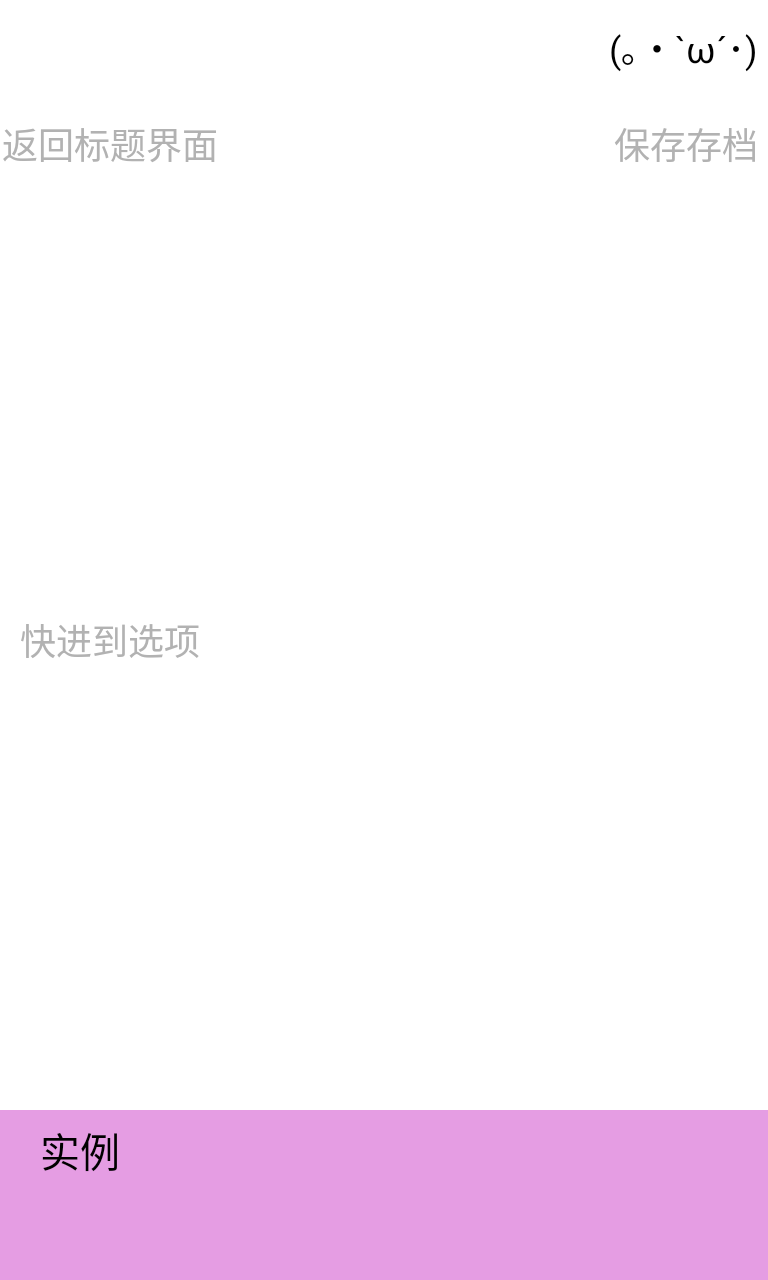
Repository: GuardLDW/HERO
Layout: GuardLDW/res/layout/game.xml
These files come from the project's save history. The layout is drawn as it stood at one moment and after the next save; the edit follows.
It is drawn on a 768 x 1280 px phone screen (xhdpi) without system bars, with theme AppTheme; the app's code is not run.

Above is the layout before, as saved 2016-10-04 03:00:45.

After the next save:
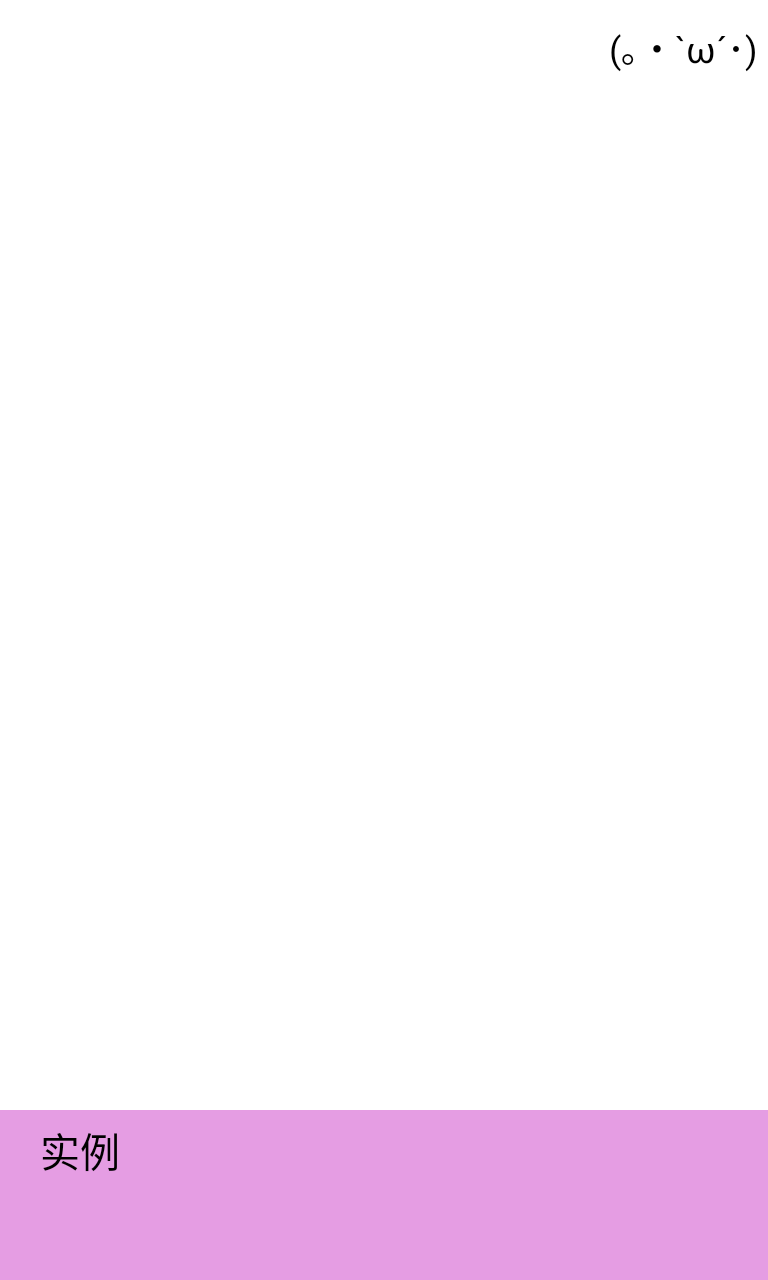
Saved 51 s later.
--- a/GuardLDW/res/layout/game.xml
+++ b/GuardLDW/res/layout/game.xml
@@ -51,8 +51,7 @@
         android:layout_alignLeft="@+id/button_remove"
         android:layout_alignRight="@+id/button_startgameset"
         android:layout_below="@+id/button_startgameset"
-        android:background="#00FFFFFF"
-        android:enabled="false"
+        android:visibility="gone"
         android:text="保存存档" />
 
     <Button
@@ -62,8 +61,7 @@
         android:layout_alignBaseline="@+id/button_save"
         android:layout_alignBottom="@+id/button_save"
         android:layout_alignRight="@+id/button_fast"
-        android:background="#00FFFFFF"
-        android:enabled="false"
+        android:visibility="gone"
         android:minWidth="110dp"
         android:text="返回标题界面" />
 
@@ -74,9 +72,8 @@
         android:layout_centerVertical="true"
         android:layout_marginRight="30dp"
         android:layout_toLeftOf="@+id/button_remove"
-        android:background="#00FFFFFF"
         android:minWidth="110dp"
-        android:enabled="false"
+        android:visibility="gone"
         android:text="快进到选项" />
 
 
